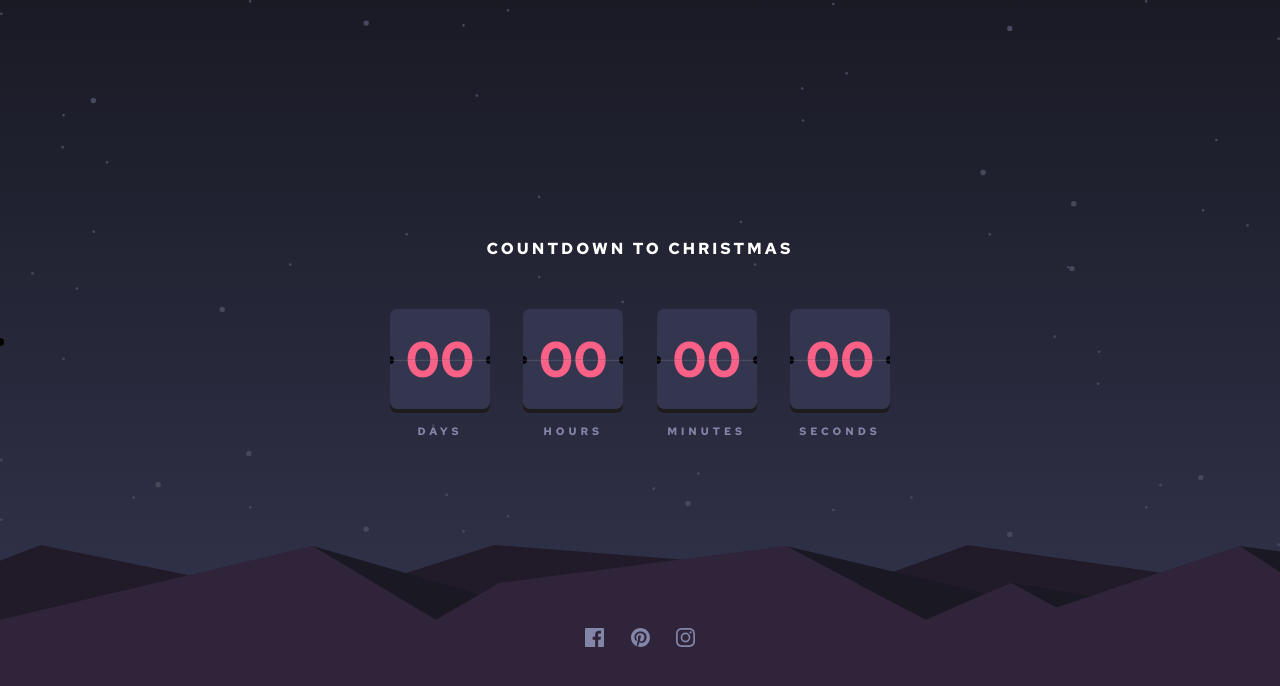
Repository: Eugene44-hub/countdown
Page: index.html
The author's editor kept a copy of each file at every save. The page is drawn from the files as they stood at one save, then again after the next save.
The browser window is 1280 px wide. The pictures show the whole page.

Above is the page before, as saved 2021-09-13 02:36:20.

### index.html
<!DOCTYPE html>
<html lang="en">

<head>
    <meta charset="UTF-8">
    <meta http-equiv="X-UA-Compatible" content="IE=edge">
    <meta name="viewport" content="width=device-width, initial-scale=1.0">
    <title>Document</title>
    <link rel="stylesheet" href="style.css">
</head>

<body>
    <div class="container">
        <div class="box col10">
            <div class="circle"></div>
        </div>

        <div class="timer">
            <h4 class="col10">countdown to christmas</h4>
            <div>
                <div class="card">
                    <div class="circle"></div>
                    <div class="circle circle2"></div>
                    <p id="days">00</p>
                    <hr>
                </div>
                <h6>days</h6>
            </div>
            <div>
                <div class="card">
                    <div class="circle"></div>
                    <div class="circle circle2"></div>
                    <p id="hours">00</p>
                    <hr>
                </div>
                <h6>hours</h6>
            </div>
            <div>
                <div class="card">
                    <div class="circle"></div>
                    <div class="circle circle2"></div>
                    <p id="minutes">00</p>
                    <hr>
                </div>
                <h6>minutes</h6>
            </div>
            <div>
                <div class="card">
                    <div class="circle"></div>
                    <div class="circle circle2"></div>
                    <p id="seconds">00</p>
                    <hr>
                </div>
                <h6>seconds</h6>
            </div>

        </div>
        <footer>
            <div class="social-media" id="facebook">
                <a href=""><img src="images/icon-facebook.svg"></a>
            </div>
            <div class="social-media" id="pinterest">
                <a href="">
                    <img src="images/icon-pinterest.svg">
                </a>
            </div>
            <div class="social-media" id="instagram">
                <a href="">
                    <img src="images/icon-instagram.svg">
                </a>
            </div>



        </footer>
    </div>

    <script src="app.js"></script>

</body>

</html>

</html>

### style.css
    @import url('https://fonts.googleapis.com/css2?family=Red+Hat+Text:wght@700&display=swap');
    * {
        padding: 0;
        margin: 0;
        box-sizing: border-box;
    }

    body {
        /* background-color: hsl(235, 16%, 14%); */
        /* background-color: hsl(234, 17%, 12%); */
        background-image: url('images/pattern-hills.svg'), url('images/bg-stars.svg'), linear-gradient( hsl(235, 18%, 12%), hsl(236, 21%, 26%));
        background-position: bottom, top;
        background-repeat: no-repeat, repeat;
        background-size: contain;
        background-attachment: fixed;
        font-family: 'Red Hat Text';
    }

    .container {
        display: flex;
        width: 100%;
        height: 500px;
        flex-wrap: wrap;
        text-align: center;
    }

    .col10 {
        flex: 100%;
        margin: auto;
    }

    h4 {
        color: white;
        padding: 50px;
        text-transform: uppercase;
        letter-spacing: 3px;
    }

    h6 {
        color: white;
        text-transform: uppercase;
        margin-top: 15px;
        color: hsl(237, 18%, 59%);
        letter-spacing: 4px;
    }

    .timer {
        margin: auto;
        display: flex;
        flex-wrap: wrap;
        justify-content: space-between;
        max-width: 500px;
    }

    .card {
        background-color: hsl(236, 21%, 26%);
        width: 100px;
        height: 100px;
        position: relative;
        overflow: hidden;
        box-shadow: 0px 4px rgb(29, 27, 27);
        border-radius: 7px;
        display: flex;
    }

    p {
        font-size: 50px;
        color: hsl(345, 95%, 68%);
        margin: auto;
    }

    .circle {
        border-width: 4px;
        border-radius: 50%;
        border-color: black;
        border-style: solid;
        height: 1px;
        position: absolute;
        left: -4px;
        top: 47%;
    }

    .circle2 {
        left: 96px;
    }

    hr {
        position: absolute;
        width: 100%;
        top: 50%;
        left: 0%;
        border-color: rgb(158, 158, 158);
        opacity: 0.2;
    }

    footer {
        display: flex;
        justify-content: space-between;
        flex: 100%;
        max-width: 130px;
        position: absolute;
        bottom: 5%;
        left: 50%;
        transform: translate(-50%, -50%);
    }

    img {
        width: 100%
    }

    .social-media {
        width: 30%;
        padding: 10px;
    }

    img:hover {
        background-color: hsl(345, 95%, 68%);
    }

    @media screen and (max-width: 720px) {
        .timer {
            max-width: 100%;
            padding: 2px;
        }
        body {
            background-image: url('images/snow-clipart-620123-ields-covered-with-snow-under-a-b-Stock-Vector.jpg');
            background-size: auto;
        }
    }
    /* timer color  hsl(345, 95%, 68%)
timer card color hsl(237, 18%, 59%)
* /

### app.js
setInterval(e => {
    const days = document.querySelector('#days');
    const hours = document.querySelector('#hours');
    const minutes = document.querySelector('#minutes');
    const seconds = document.querySelector('#seconds');
    //Actual values
    const proposed = new Date('2021-12-25');
    const current = new Date();

    const proArr = [proposed.getHours(), proposed.getMinutes(), proposed.getSeconds(), proposed.getDay(), proposed.getMonth()];
    let daysTo, hoursTo, minutesTo, secondsTo;

    daysTo = (((proArr.at(-1) * 31) - 7) + proposed.getDate()) - (((current.getMonth() * 31) - 5) + current.getDate());
    hoursTo = (24 - current.getHours());
    minutesTo = (60 - current.getMinutes());
    secondsTo = (60 - current.getSeconds());

    days.textContent = daysTo;
    hours.textContent = hoursTo;
    minutes.textContent = minutesTo;
    seconds.textContent = secondsTo;
}, Infinity)









//calculation starts
// console.log((((proArr.at(-1) * 31) - 7) + proposed.getDate()) - (((current.getMonth() * 31) - 5) + current.getDate()) + 'days to christmas');
// console.log('hours:' + (24 - current.getHours()));
// console.log('minutes:' + (60 - current.getMinutes()));
// console.log('seconds:' + (60 - current.getSeconds()));
//claculations end


// console.log('proposed days:' + (((proArr.at(-1) * 31) - 7) + proposed.getDate()));
// console.log('current days:' + (((current.getMonth() * 31) - 5) + current.getDate()));
//test
// let cal = proposed. - current;
// console.log(proposed);
// console.log(current.getDate());
// console.log(proArr.at(-1) + 1);
// let another = new Date(cal);
// console.log(another)
//359-253 propsed day - current day(mth*31-7) for september minus 6

After the next save:
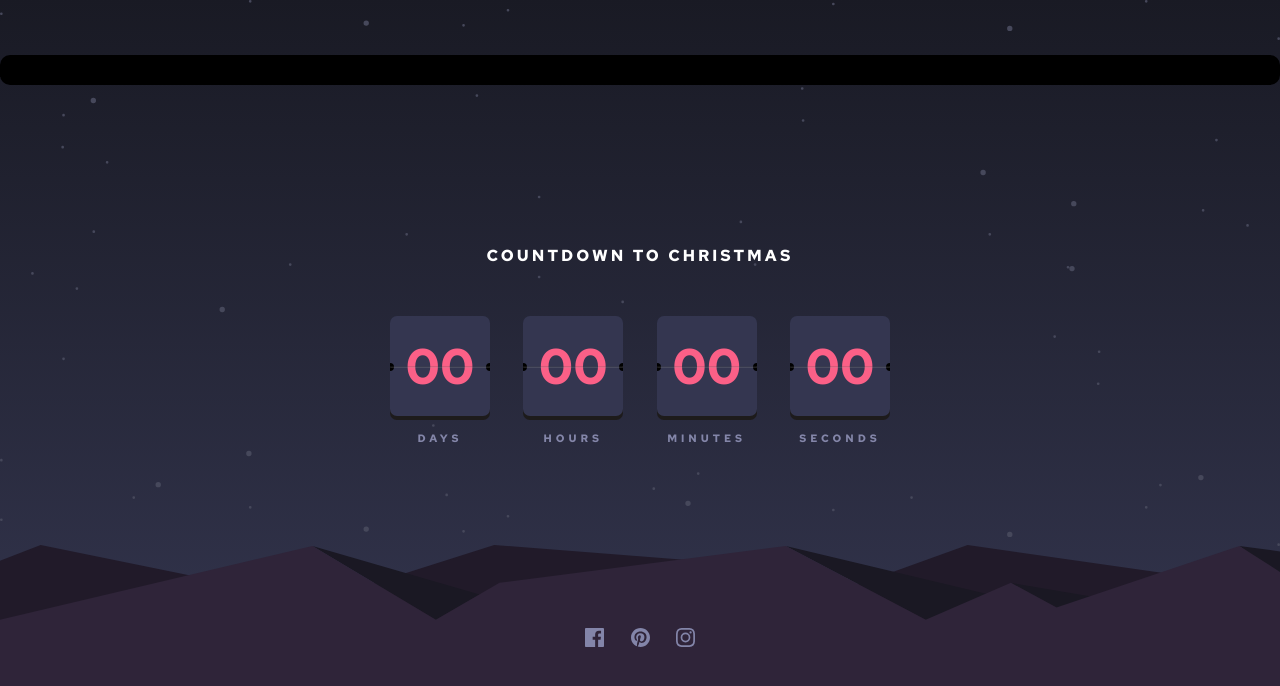
Saved 67 s later.
--- a/style.css
+++ b/style.css
@@ -117,6 +117,15 @@
         background-color: hsl(345, 95%, 68%);
     }
 
+    .box {
+        background-color: black;
+        height: 30px;
+        width: 100px;
+        position: relative;
+        transition: all 0.5s;
+        border-radius: 10px;
+    }
+
     @media screen and (max-width: 720px) {
         .timer {
             max-width: 100%;
